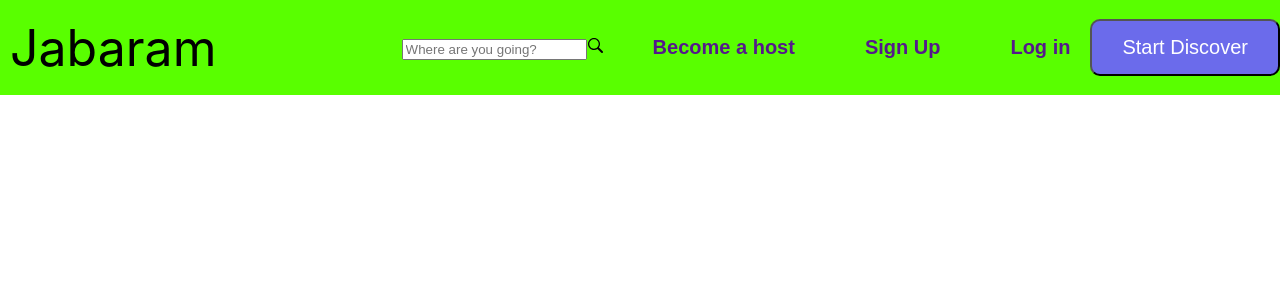
Repository: manahiang/Jabaram-web
Page: / (app in src/)
The author's editor kept a copy of each file at every save. The page is drawn from the files as they stood at one save, then again after the next save.
The browser window is 1280 px wide. The pictures show the whole page.
The project was rebuilt for these pictures with package versions that can differ from the ones it lists, and the page was loaded fresh each time. Also part of the build but not shown: src/src/App.css.

Above is the page before, as saved 2022-11-30 09:44:04.

After the next save:
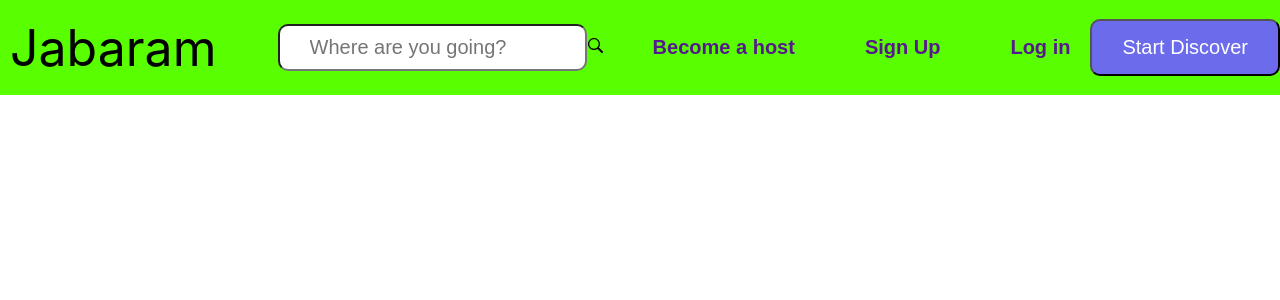
Saved 14 s later.
--- a/src/src/index.css
+++ b/src/src/index.css
@@ -45,7 +45,7 @@ code {
   background-color: rgb(195, 173, 173);
   border-radius: 10px;
 }
-.menu li input{
+.menu input{
   padding: 10px;
   outline: none;
   border-radius: 10px;
